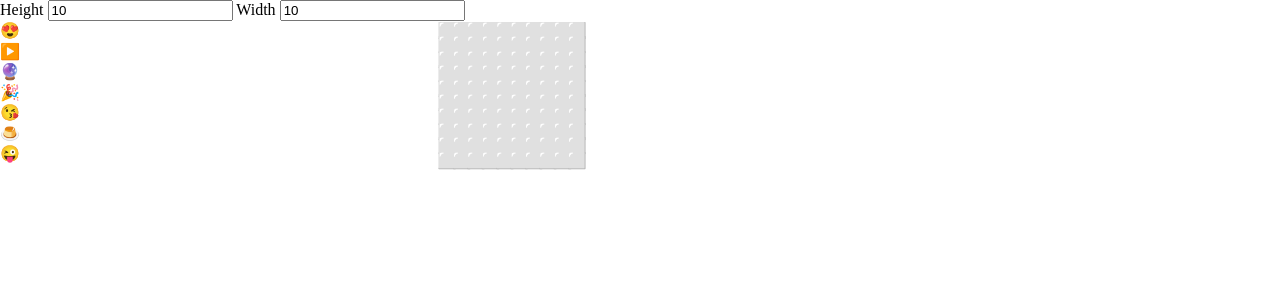
Repository: roast-rabbit/emoji-art-generator
Page: index.html
The author's editor kept a copy of each file at every save. The page is drawn from the files as they stood at one save, then again after the next save.
The browser window is 1280 px wide. The pictures show the whole page.

Above is the page before, as saved 2022-12-06 15:45:55.

After the next save:
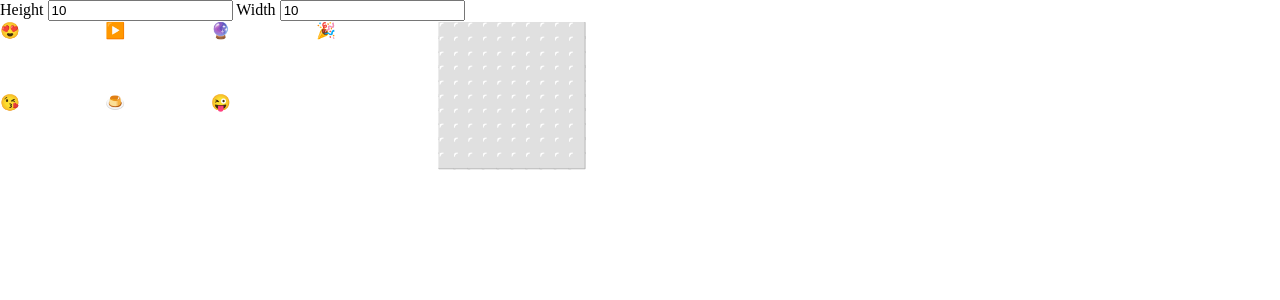
Saved 6 s later.
--- a/styles.css
+++ b/styles.css
@@ -16,5 +16,5 @@
 
 #side-tool-set {
   display: grid;
-  grid-template-columns: repeat(4 1fr);
+  grid-template-columns: repeat(4, 1fr);
 }
